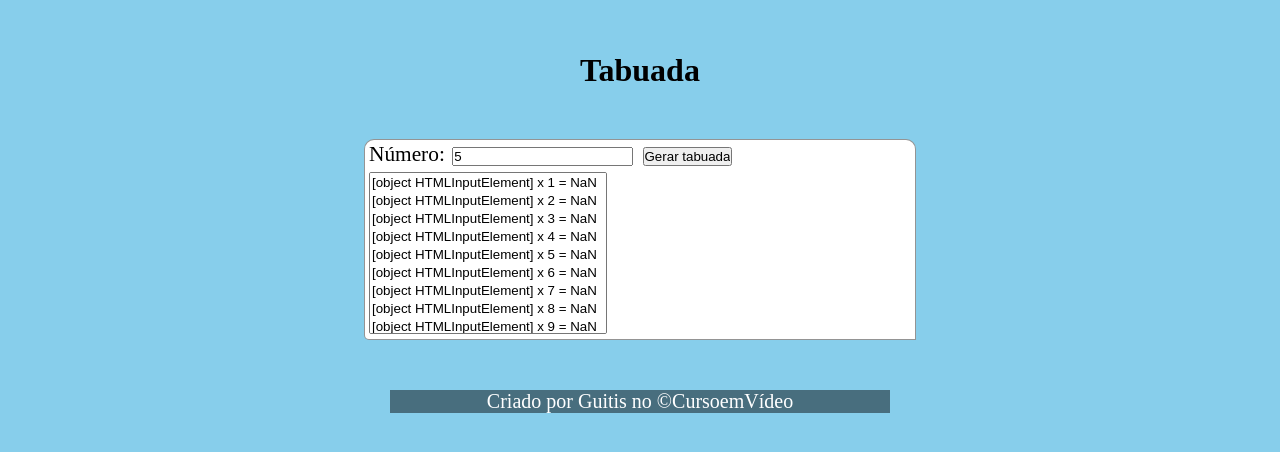
Repository: Guitis/Java-Script
Page: modelos/modelo003/index.html
These files come from the project's save history. The page is drawn as it stood at one moment and after the next save; the edit follows.
The browser window is 1280 px wide. The pictures show the whole page.
Empty fields were first filled with sample values (such as "Sample", 5 or name@example.com).
After loading, the first visible `input[onclick="tabuada()"]` was clicked once.

Above is the page before, as saved 2023-02-25 20:18:18.

### modelos/modelo003/index.html
<!DOCTYPE html>
<html lang="pt-br">
<head>
    <meta charset="UTF-8">
    <meta http-equiv="X-UA-Compatible" content="IE=edge">
    <meta name="viewport" content="width=device-width, initial-scale=1.0">
    <title>Tabuada</title>
    <link rel="stylesheet" href="style.css">
</head>
<body>
    <header>
        <h1>Tabuada</h1>
    </header>
    <section>
        <div>
            <p>Número: <input type="number" name="num" id="txtn"> <input type="button" value="Gerar tabuada" onclick="tabuada()"></p>
        </div>
        <div>
            <select name="tabuada" id="seltab" size="10"></select>
        </div>
    </section>
    <footer>
        Criado por Guitis no &copy;CursoemVídeo
    </footer>

    <script src="script.js"></script>

</body>
</html>

### modelos/modelo003/style.css
@charset "UTF-8";

* {
    margin: 2px;
    padding: 0px;
}

body {
    background-color: skyblue;
}

header > h1 {
    margin: auto;
    margin-top: 50px;
    width: 500px;
    text-align: center;
}

section {
    margin: auto;
    margin-top: 50px;
    width: 550px;
    background-color: white;
    border: 1px solid rgba(0, 0, 0, 0.418);
    border-radius: 10px 10px 0px 5px;
    font: 16pt normal Arial;
}

footer {
    margin: auto;
    margin-top: 50px;
    width: 500px;
    text-align: center;
    background-color: rgba(0, 0, 0, 0.466);
    color: white;
    font: 15pt normal Arial;
}

### modelos/modelo003/script.js
function tabuada() {
    let num = document.getElementById('txtn')
    let tab = document.getElementById('seltab')
        if (num.value.length == 0) {
            window.alert('Por favor, digite um número!')
        } else {
            let n = Number(num.value)
            let c = 1
            while (c<=10) {
                let item = document.createElement('option')
                item.text = `${num} x ${c} = ${num*c}`
                tab.appendChild(item)
                c++
            }
        }

}

After the next save:
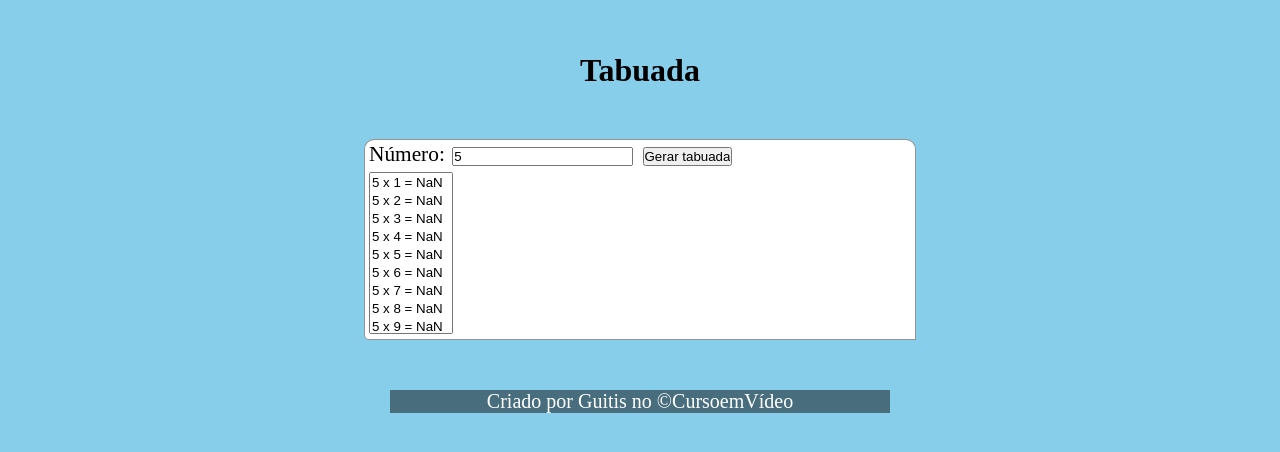
Saved 95 s later.
--- a/modelos/modelo003/script.js
+++ b/modelos/modelo003/script.js
@@ -8,7 +8,7 @@ function tabuada() {
             let c = 1
             while (c<=10) {
                 let item = document.createElement('option')
-                item.text = `${num} x ${c} = ${num*c}`
+                item.text = `${n} x ${c} = ${num*c}`
                 tab.appendChild(item)
                 c++
             }
